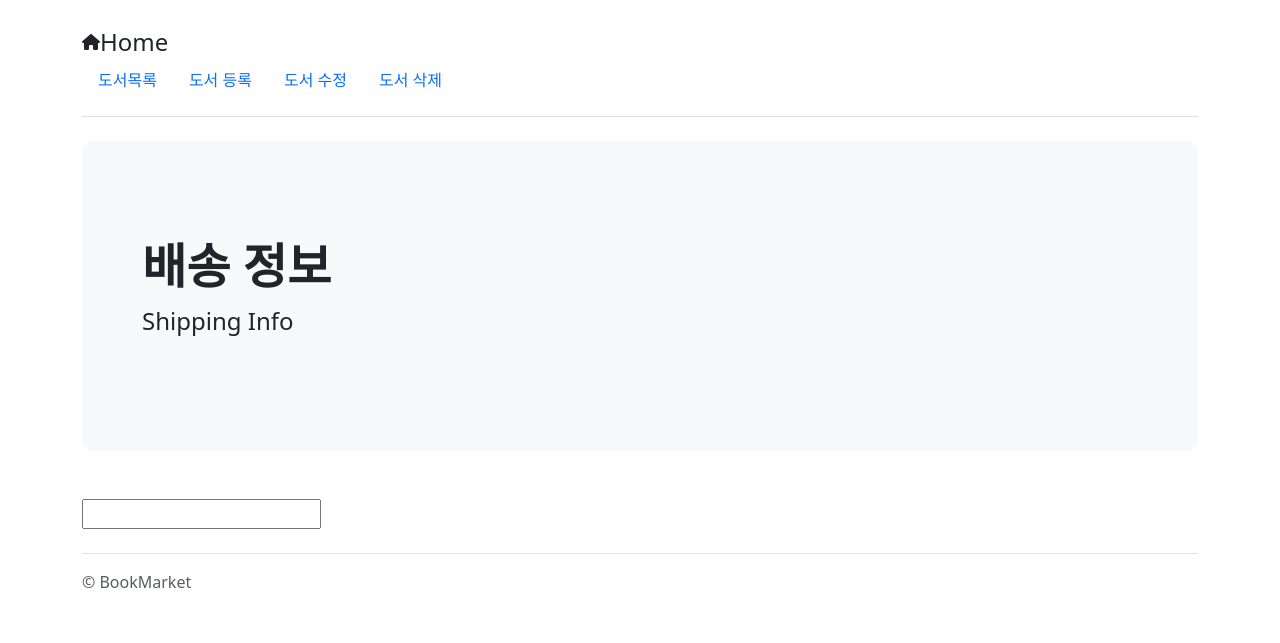
Repository: byeolchorong/ITedunet
Page: http://localhost/BookMarket/shippingInfo.jsp
The author's editor kept a copy of each file at every save. The page is drawn from the files as they stood at one save, then again after the next save.
The browser window is 1280 px wide. The pictures show the whole page.
Some web libraries are served in a nearby version. The page is served by Tomcat 10. Nobody is signed in. The application's start-up code is not run. Other server files are loaded and not shown.

Above is the page before, as saved 2025-06-02 02:39:11.

### JSP/BookMarket/src/main/webapp/shippingInfo.jsp
<%@ page language="java" contentType="text/html; charset=UTF-8"
    pageEncoding="UTF-8"%>
<!DOCTYPE html>
<html>
<head>
<meta charset="UTF-8">
<link href="https://cdn.jsdelivr.net/npm/bootstrap@5.3.6/dist/css/bootstrap.min.css" rel="stylesheet">
<script src="https://kit.fontawesome.com/705381df09.js" crossorigin="anonymous"></script>
<title>배송 정보</title>
</head>
<body>
<div class="container py-4">
	<%@ include file="menu.jsp" %>

	<div class="p-5 mb-4 bg-body-tertiary rounded-3">
		<div class="container-fluid py-5">
			<h1 class="display-5 fw-bold">배송 정보</h1>
			<p class="col-md-8 fs-4">Shipping Info</p>
		</div>
	</div>

	<div class="row align-items-md-stretch">
		<form action="./processShippingInfo.jsp" method="post">
			<input type="hidden" name="cartId" value=<%= request.getParameter("cartId") %>>

			<div>
				<label></label>
				<div>
					<input>
				</div>
			</div>

		</form>
	</div>

	<jsp:include page="footer.jsp"/>
</div>
</body>
</html>

### JSP/BookMarket/src/main/webapp/menu.jsp
<%@ page language="java" contentType="text/html; charset=UTF-8"
    pageEncoding="UTF-8"%>
<%System.out.println("menu 입장"); %>
<link href="https://cdn.jsdelivr.net/npm/bootstrap@5.3.6/dist/css/bootstrap.min.css" rel="stylesheet">
<script src="https://kit.fontawesome.com/705381df09.js" crossorigin="anonymous"></script>

<header class="pb-3 mb-4 border-bottom">
	<a href="./welcome.jsp" class="d-flex align-items-center text-dark text-decoration-none">
		<i class="fa-solid fa-house"></i>
		<span class="fs-4">Home</span>
	</a>
	<ul class="nav nav-pills">
		<li class="nav-item"><a href="./books.jsp" class="nav-link">도서목록</a></li>
		<li class="nav-item"><a href="./addBook.jsp" class="nav-link">도서 등록</a></li>
		<li class="nav-item"><a href="./editBook.jsp?edit=update" class="nav-link">도서 수정</a></li>
		<li class="nav-item"><a href="./editBook.jsp?edit=delete" class="nav-link">도서 삭제</a></li>
	</ul>
</header>

### JSP/BookMarket/src/main/webapp/footer.jsp
<%@ page language="java" contentType="text/html; charset=UTF-8"
    pageEncoding="UTF-8"%>

	<footer class="pt-3 mt-4 text-body-secondary border-top">
		&copy; BookMarket
	</footer>

After the next save:
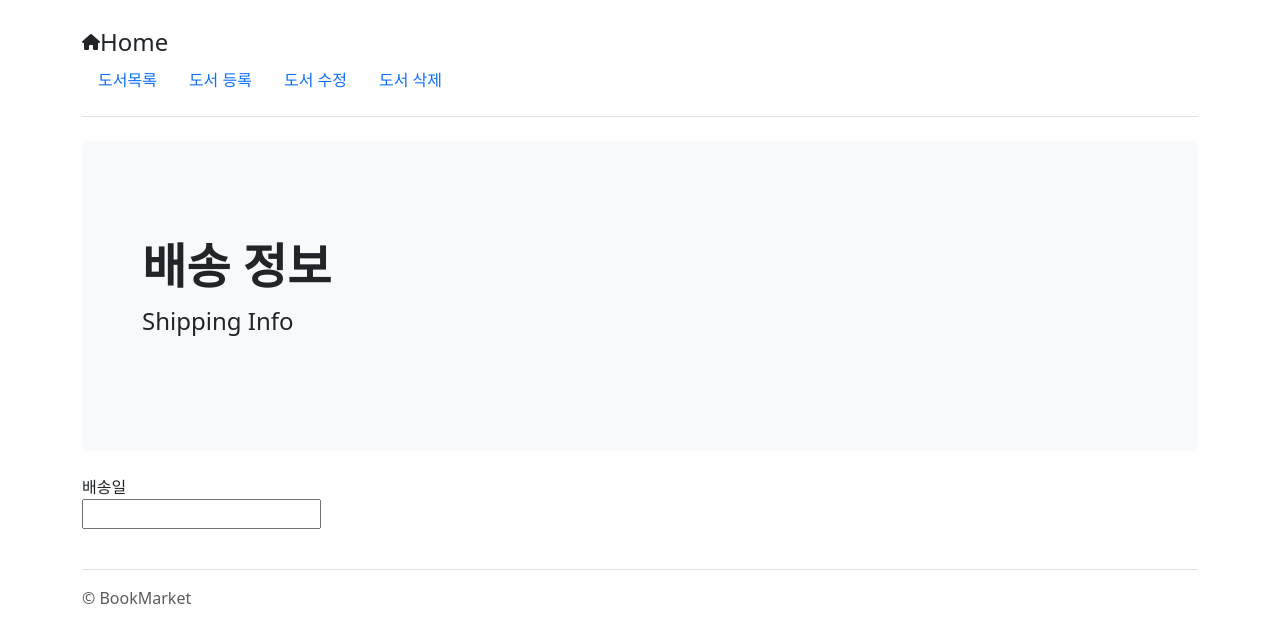
Saved 29 s later.
--- a/JSP/BookMarket/src/main/webapp/shippingInfo.jsp
+++ b/JSP/BookMarket/src/main/webapp/shippingInfo.jsp
@@ -23,8 +23,8 @@
 		<form action="./processShippingInfo.jsp" method="post">
 			<input type="hidden" name="cartId" value=<%= request.getParameter("cartId") %>>
 
-			<div>
-				<label></label>
+			<div class="mb-3 row">
+				<label>배송일</label>
 				<div>
 					<input>
 				</div>
